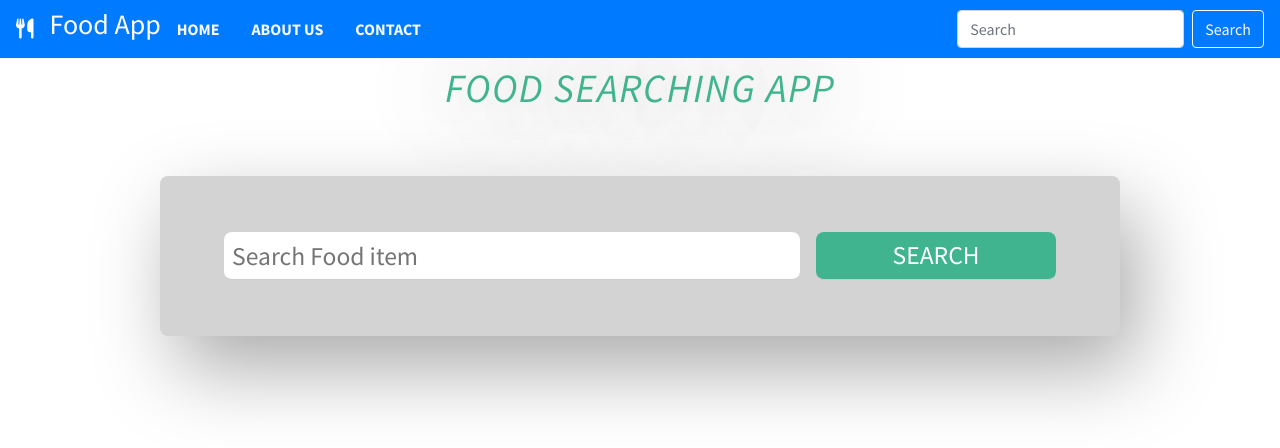
Repository: priyavmehta/React-Food-Recipe-App
Page: /search
These files come from the project's save history. The page is drawn as it stood at one moment and after the next save; the edit follows.
The browser window is 1280 px wide. The pictures show the whole page.
Some web libraries are served in a nearby version. The project was rebuilt for these pictures with package versions that can differ from the ones it lists, and the page was loaded fresh each time. Also part of the build but not shown: src/Components/RecipeDetails.js, src/Components/Recipe.js, src/Components/Alert.js.

Above is the page before, as saved 2020-07-11 22:57:21.

After the next save:
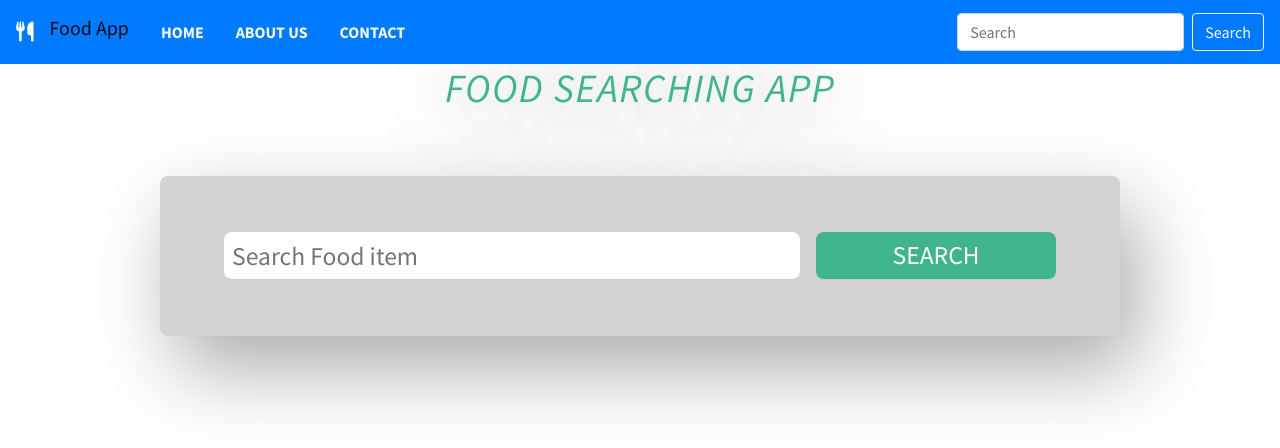
Saved 20 s later.
--- a/src/Components/Navbar.js
+++ b/src/Components/Navbar.js
@@ -7,7 +7,7 @@ const Navbar = ({icon, title}) => {
     return (
         <nav className="navbar navbar-expand-md navbar-light bg-primary fixed-top">
             <a className="navbar-brand"><i className="fas fa-utensils"></i>  </a>
-            <h3>Food App</h3>
+            <h3 className="navbar-brand">Food App</h3>
             <button type="button" className="navbar-toggler bg-light" data-toggle="collapse" data-target="#nav">
                 <span className="navbar-toggler-icon"></span>
             </button>
